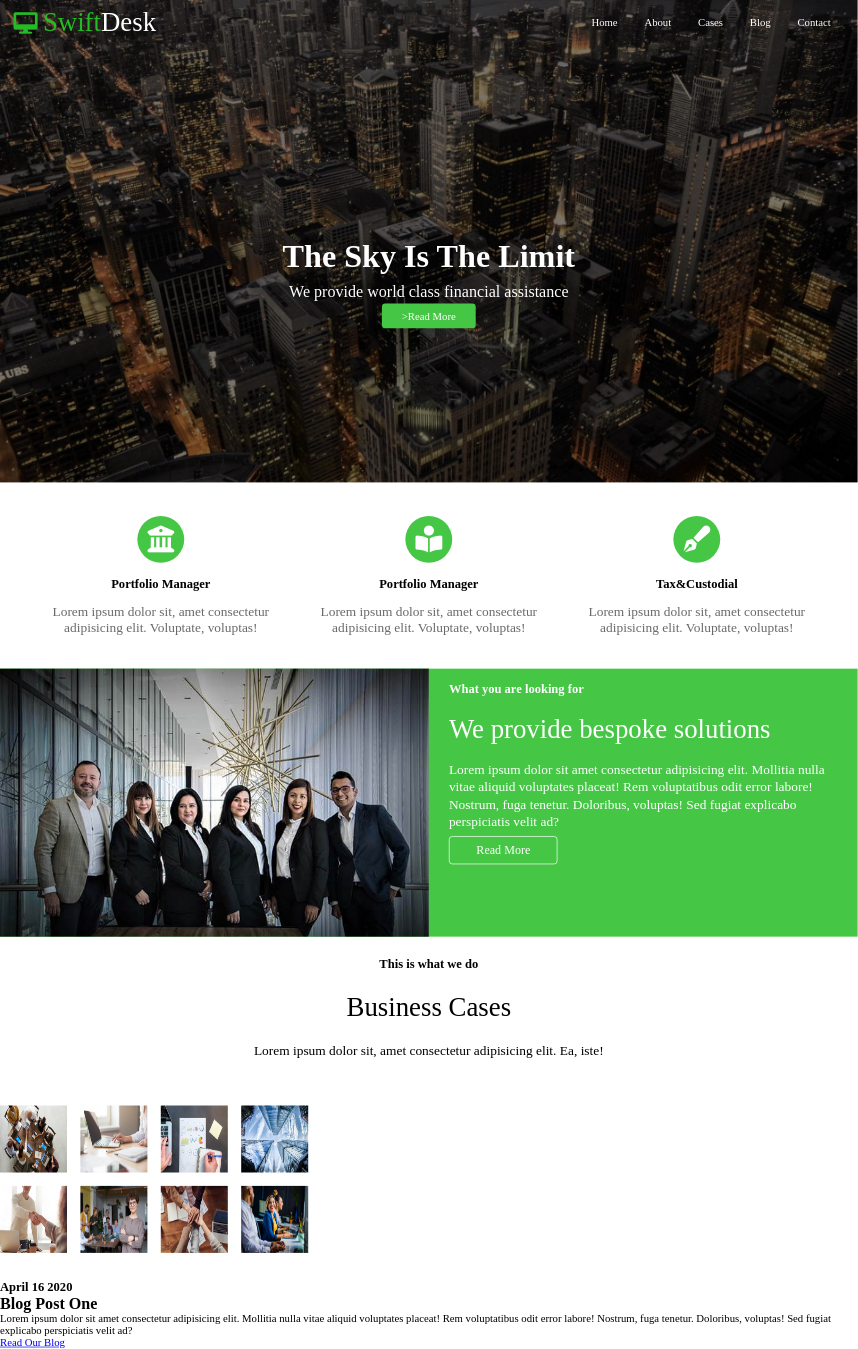
Repository: reemoon-ctrl/swiftdisk-Website-Flexbox
Page: index.html
The author's editor kept a copy of each file at every save. The page is drawn from the files as they stood at one save, then again after the next save.
The browser window is 1280 px wide. The pictures show the whole page, at 67% of full size.

Above is the page before, as saved 2024-07-27 09:48:12.

### index.html
<!DOCTYPE html>
<html lang="en">
<head>
    <meta charset="UTF-8">
    <meta name="viewport" content="width=device-width, initial-scale=1.0">
    <title>
        Swift Desk
    </title>
    <link rel="stylesheet" href="https://cdnjs.cloudflare.com/ajax/libs/font-awesome/6.0.0-beta3/css/all.min.css">

    <link rel="stylesheet" href="index.css">
</head>
<body>
    <div class="show-case">
        <header>
            <div class="nav-bar">
                <div class="title-bar">
                    <i class="fas fa-desktop fa-2x" style="color: rgb(37, 187, 37)"></i>
                    <h1 class="title"><span class="fword"> Swift</span>Desk</h1>
                </div>
                <div class="link-bar">
                    <a href="">Home</a>
                    <a href="#about">About</a>
                    <a href="">Cases</a>
                    <a href="">Blog</a>
                    <a href="">Contact</a>
                </div>
            </div>
        </header>
        <header class="hd-content">
            <h1>The Sky Is The Limit</h1>
            <p>We provide world class financial assistance
            </p>
            <a href="">>Read More</a>

        </header>

    </div>
    <main>
        <div class="about-section">
            <ul id="about"class="about-srvice" >
                <li><i class="fas fa-university " ></i>
                    <h3>Portfolio Manager</h3>
                    <p>Lorem ipsum dolor sit, amet consectetur adipisicing elit. Voluptate, voluptas!</p>
                </li>
                <li><i class="fas fa-book-open-reader " ></i>
                    <h3>Portfolio Manager</h3>
                    <p>Lorem ipsum dolor sit, amet consectetur adipisicing elit. Voluptate, voluptas!</p></li>
                <li><i class="fas fa-pen-fancy " ></i>
                    <h3>Tax&Custodial</h3>
                    <p>Lorem ipsum dolor sit, amet consectetur adipisicing elit. Voluptate, voluptas!</p></li>
            </ul>
        </div>
        <div>
            <div class="solutions">
                <div class="img"></div>
                <div class="solution-content">
                    <h3>What you are looking for</h3>
                    <h2>We provide bespoke solutions</h2>
                    <p>Lorem ipsum dolor sit amet consectetur
                        adipisicing elit. Mollitia nulla vitae aliquid voluptates placeat! Rem voluptatibus odit error labore! Nostrum, fuga tenetur. Doloribus, voluptas! Sed
                        fugiat explicabo perspiciatis velit ad?</p>
                    <a href="index.html">Read More</a>
                 </div>
            </div>
        </div>
        <div class="Business-case">
            <div class="Business-case-content">
                <h3>This is what we do</h3>
                <h2>Business Cases</h2>
                <p>Lorem ipsum dolor sit, amet consectetur
                     adipisicing elit. Ea, iste!</p>
            </div>
            <div class="BC-image">
                <img class="BCimg BCimg1" src="/img/cases/cases1.jpg" alt="">
                <img  class="BCimg BCimg2" src="/img/cases/cases2.jpg" alt="">
                <img class="BCimg BCimg3" src="/img/cases/cases3.jpg" alt="">
                <img class="BCimg BCimg4" src="/img/cases/cases4.jpg" alt="">
                <img class="BCimg BCimg5" src="/img/cases/cases5.jpg" alt="">
                <img class="BCimg BCimg6" src="/img/cases/cases6.jpg" alt="">
                <img class="BCimg BCimg7" src="/img/cases/cases7.jpg" alt="">
                <img class="BCimg BCimg8" src="/img/cases/cases8.jpg" alt="">
            </div>
        </div>

        <div>
            <div class="blog">
                <div class="img"></div>
                <div class="blog-content">
                    <h3>April 16 2020</h3>
                    <h2>Blog Post One</h2>
                    <p>Lorem ipsum dolor sit amet consectetur
                        adipisicing elit. Mollitia nulla vitae aliquid voluptates placeat! Rem voluptatibus odit error labore! Nostrum, fuga tenetur. Doloribus, voluptas! Sed
                        fugiat explicabo perspiciatis velit ad?</p>
                    <a href="index.html">Read Our Blog</a>
                 </div>
            </div>
        </div>

    </main>


</body>
</html>

### index.css
*{
    box-sizing: border-box;
    margin: 0;
    padding: 0;
}
body{

}
.nav-bar{
    display: flex;
    justify-content:space-between ;
    padding: 10px 20px;
    color:#fff;




}
.title-bar{
    align-items: center;
    flex-grow: 1;
    display: flex;
    gap:.5rem;


}
.title-bar h1{
    display:inline-block;
    font-size:2.5rem;
    font-weight: 400;
}

.link-bar{

    /* flex-grow:1 ; */
    align-self: center;
    display: flex;
}
.link-bar a{
    padding: 10px 20px;
    color:#fff;
    text-decoration: none;


}
.link-bar a:hover{
    border-bottom: 1px #25bb25 solid;
}
.fword{
    color:#25bb25;
}
.show-case{
   height:100vh;
   text-align: center;
   color:#fff;

   background:  url('img/home/showcase.jpg') no-repeat center center/cover ;
}
.hd-content{
    padding-top: 18rem;
}
.hd-content h1{
    font-size: 3rem;
}
.hd-content p{
    font-size: 1.5rem;
    padding-top: .8rem;
    padding-bottom: .8rem;
}
.hd-content a{
    color: #fff;
    background:#45c745 ;
    padding: 10px 30px;
    border-radius: 5px;
    text-decoration: none;
    text-align: center;
}
.about-section ul{
    display: flex;
    list-style: none;
    gap: 20px;

}
.about-srvice{
    padding: 50px ;
}
.about-srvice li{
    text-align: center;
}
.about-srvice li i{
    background-color: rgb(69, 199, 69);
    color:#fff;
    width:70px;
    height: 70px;
    border-radius: 70px;
    font-size: 40px;
    padding-top:15px ;


}
.about-srvice li h3{
    padding-top: 20px;
}
.about-srvice li p{
    padding-top: 20px;
    font-size: 20px;
    color: dimgrey;
}

.solutions{
    display:flex;
    background: #45c745;

}
.img{
    width:50%;
    background: url('/img/home/people.jpg') center center/cover no-repeat;

}
.solution-content{
    color:#fff;
    padding:20px 30px;
}
.solution-content{
    height:25rem;
    width: 50%;
}
.solution-content h2{
    font-size: 40px;
    font-weight: 500;
    padding: 1.5rem 0px;
}
.solution-content p{
    font-size: 20px;
    line-height: 1.3;
    margin-bottom: 20px;
}
.solution-content a{
    padding: 10px 40px;
    border: 1px solid;
    color:#fff;
    text-decoration: none;
    border-radius: 5px;
    font-size: 18px;

}
.Business-case{
    width: 100vw;
}
.Business-case-content{
    text-align: center;
    padding-left: 30px;
    padding-right: 30px;
}
.Business-case-content h3{
    padding: 30px 0px;
}
.Business-case-content h2{
   padding-bottom: 30px;
    font-size: 40px;
    font-weight: 500;
}
.Business-case-content p{
    padding-bottom: 30px;
    font-size: 20px;
}
.BC-image{
    display: grid;
    grid-template-columns:100px 100px 100px 100px ;
   gap: 20px;
   padding: 40px 0px;
}
.BCimg{
    width: 100px;
    height:100px;

}
/* //////////////////////////////////// */
.solutions{
    display:flex;
    background: #45c745;

}
.img{
    width:50%;
    background: url('/img/home/people.jpg') center center/cover no-repeat;

}
.solution-content{
    color:#fff;
    padding:20px 30px;
}
.solution-content{
    height:25rem;
    width: 50%;
}
.solution-content h2{
    font-size: 40px;
    font-weight: 500;
    padding: 1.5rem 0px;
}
.solution-content p{
    font-size: 20px;
    line-height: 1.3;
    margin-bottom: 20px;
}
.solution-content a{
    padding: 10px 40px;
    border: 1px solid;
    color:#fff;
    text-decoration: none;
    border-radius: 5px;
    font-size: 18px;

}

After the next save:
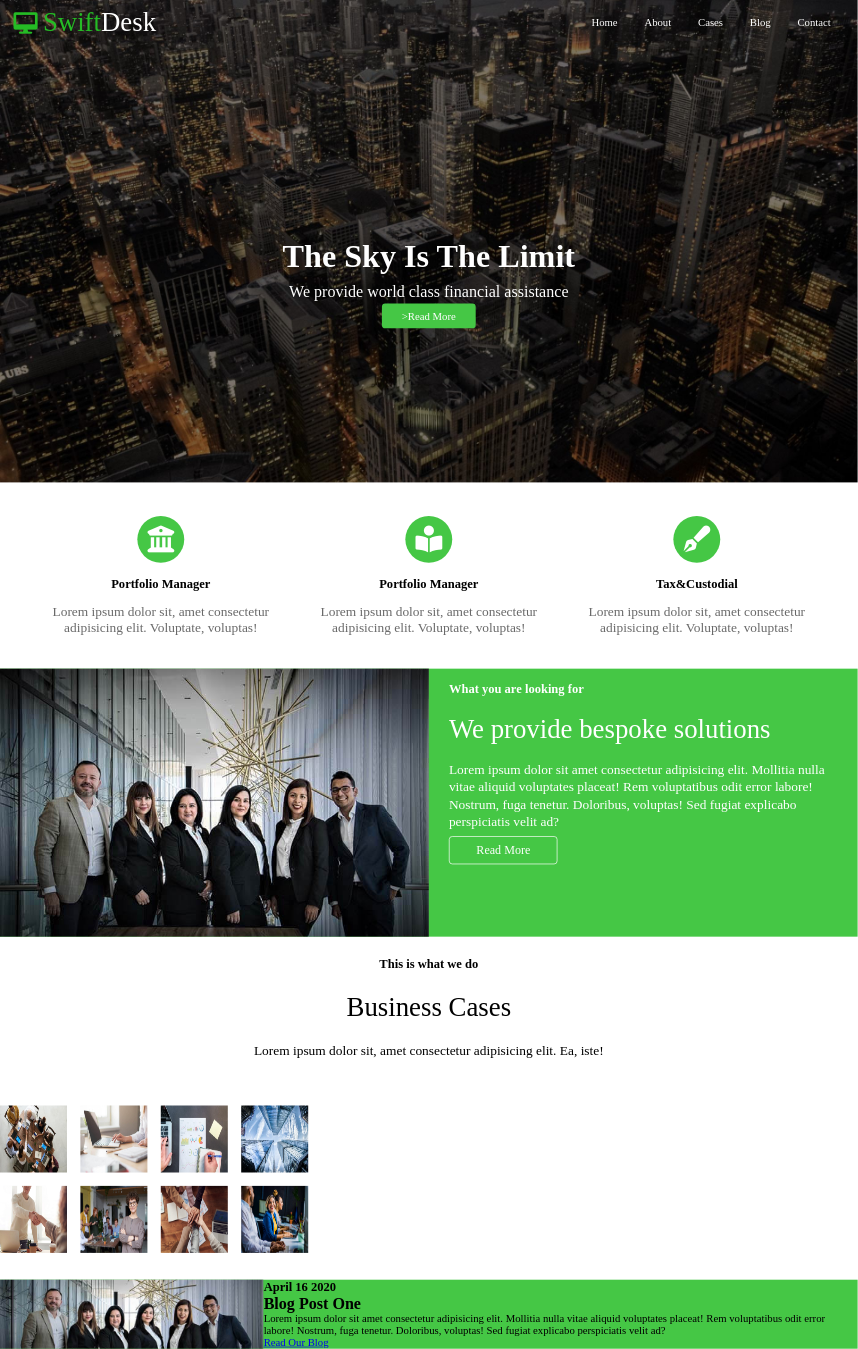
Saved 31 s later.
--- a/index.css
+++ b/index.css
@@ -176,7 +176,7 @@ body{
 
 }
 /* //////////////////////////////////// */
-.solutions{
+.blog{
     display:flex;
     background: #45c745;
 
